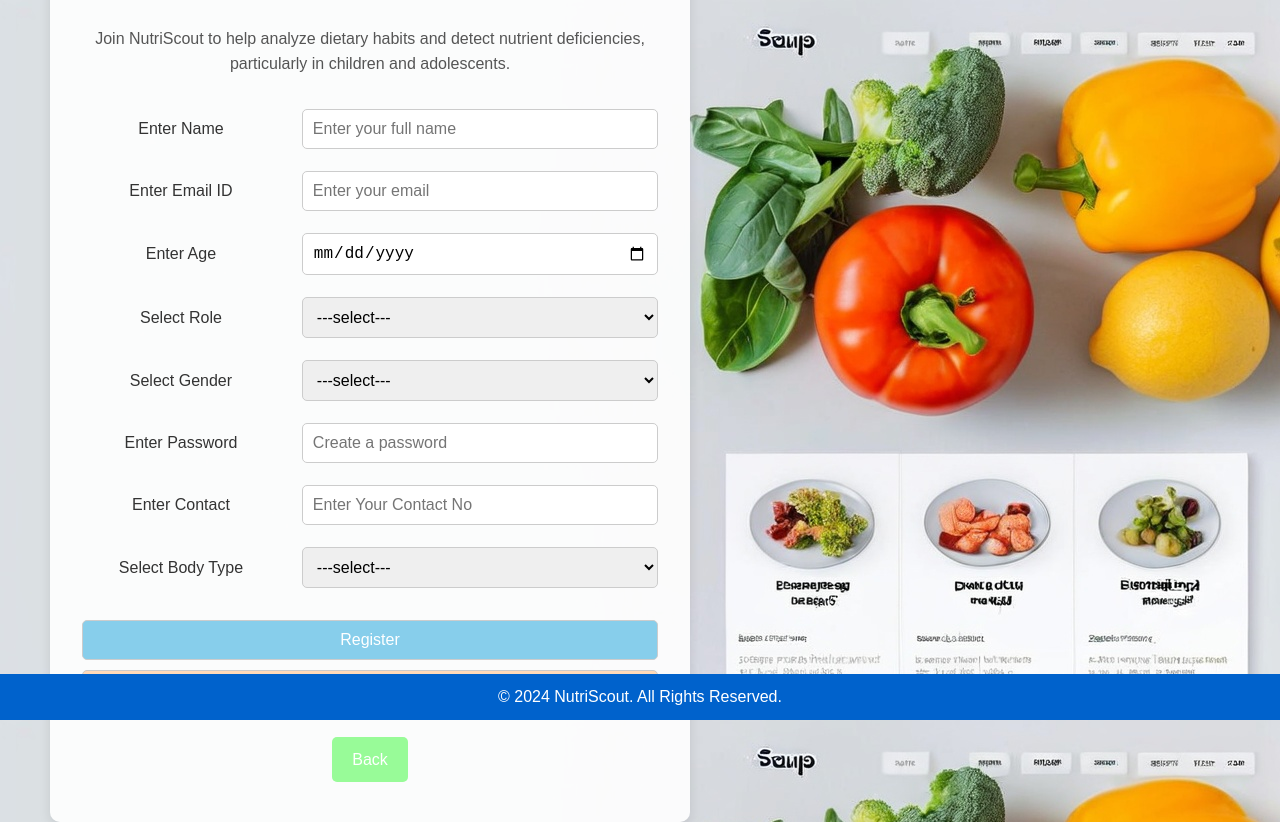
Repository: chaitanyasivathmika/NutrientDiet
Page: http://localhost/NutrientDiet/userreg.jsp
These files come from the project's save history. The page is drawn as it stood at one moment and after the next save; the edit follows.
The browser window is 1280 px wide. The pictures show the whole page.
The page is served by Tomcat 10. Other server files are loaded and not shown.

Above is the page before, as saved 2024-11-17 04:53:26.

### NutrientDiet/src/main/webapp/userreg.jsp
<%@ page language="java" contentType="text/html; charset=UTF-8"
    pageEncoding="UTF-8"%>
<!DOCTYPE html>
<html lang="en">
<head>
    <meta charset="UTF-8">
    <meta name="viewport" content="width=device-width, initial-scale=1.0">
    <title>Sign Up - NutriScout</title>
    <style>
        body {
            font-family: 'Arial', sans-serif;
            background-image: url('images/signup.png'); /* Replace with your image path */
            background-size: cover;
            color: #333;
            line-height: 1.6;
            display: flex;
            justify-content: flex-start;
            align-items: center;
            height: 100vh;
            margin: 0;
        }

        main {
            padding: 40px 20px;
            max-width: 600px;
            margin-left: 50px;
            background-color: rgba(255, 255, 255, 0.9);
            box-shadow: 0 4px 12px rgba(0, 0, 0, 0.1);
            border-radius: 10px;
            text-align: center;
        }

        .signup-form h2 {
            font-size: 28px;
            color: #0062cc;
            margin-bottom: 20px;
        }

        .signup-form p {
            font-size: 16px;
            margin-bottom: 20px;
            color: #555;
        }

        .signup-form form {
            display: flex;
            flex-direction: column;
            gap: 15px;
        }

        .signup-form label {
            font-size: 16px;
            text-align: left;
            color: #333;
        }

        .signup-form input, .signup-form select {
            padding: 10px;
            font-size: 16px;
            border: 1px solid #ccc;
            border-radius: 5px;
            width: 100%;
            box-sizing: border-box;
        }

        .signup-form input:focus, .signup-form select:focus {
            outline: none;
            border-color: #007bff;
        }

        table {
            width: 100%;
        }

        table td {
            padding: 10px;
        }

        .submit-btn {
            background-color: #87CEEB;
            color: #fff;
            padding: 12px 20px;
            border: none;
            border-radius: 5px;
            cursor: pointer;
            font-size: 18px;
            margin-top: 10px;
            transition: background-color 0.3s ease;
        }

        .submit-btn:hover {
            background-color: #5ba4cf;
        }

        .clear-btn {
            background-color: #FFDAB9;
            color: #333;
            padding: 12px 20px;
            border: none;
            border-radius: 5px;
            cursor: pointer;
            font-size: 18px;
            margin-top: 10px;
            transition: background-color 0.3s ease;
        }

        .clear-btn:hover {
            background-color: #fbb98e;
        }

        .back-btn {
            display: inline-block;
            background-color: #98FB98;
            color: white;
            padding: 10px 20px;
            border: none;
            border-radius: 5px;
            cursor: pointer;
            font-size: 16px;
            margin-top: 15px;
            text-decoration: none;
        }

        footer {
            text-align: center;
            padding: 10px 0;
            background-color: #0062cc;
            color: white;
            position: fixed;
            bottom: 0;
            width: 100%;
        }
    </style>
</head>
<body>
    <main>
        <section class="signup-form">
            <h2>Sign Up</h2>
            <p>Join NutriScout to help analyze dietary habits and detect nutrient deficiencies, particularly in children and adolescents.</p>

            <form method="post" action="insertuser">
                <table>
                    <tr>
                        <td><label for="uname">Enter Name</label></td>
                        <td><input type="text" id="uname" name="uname" required placeholder="Enter your full name"/></td>
                    </tr>
                    <tr>
                        <td><label for="uemail">Enter Email ID</label></td>
                        <td><input type="email" id="uemail" name="uemail" required placeholder="Enter your email"/></td>
                    </tr>
                    <tr>
                        <td><label for="uage">Enter Age</label></td>
                        <td><input type="date" id="uage" name="uage" required placeholder="Enter your age"/></td>
                    </tr>
                    <tr>
                        <td><label>Select Role</label></td>
                        <td>
                            <select id="urole" name="urole" required>
                                <option value="">---select---</option>
                                <option value="child">Child</option>
                                <option value="teenager">Teenager</option>
                                <option value="youth">Youth</option>
                                <option value="aged">Aged</option>
                            </select>
                        </td>
                    </tr>
                    <tr>
                        <td><label>Select Gender</label></td>
                        <td>
                            <select id="ugender" name="ugender" required>
                                <option value="">---select---</option>
                                <option value="MALE">Male</option>
                                <option value="FEMALE">Female</option>
                                <option value="OTHERS">Others</option>
                            </select>
                        </td>
                    </tr>
                    <tr>
                        <td><label for="upassword">Enter Password</label></td>
                        <td><input type="password" id="upassword" name="upassword" required placeholder="Create a password"/></td>
                    </tr>
                    <tr>
                        <td><label for="ucontact">Enter Contact</label></td>
                        <td><input type="number" id="ucontact" name="ucontact" required placeholder="Enter Your Contact No"/></td>
                    </tr>
                    <tr>
                        <td><label>Select Body Type</label></td>
                        <td>
                            <select id="ubodytype" name="ubodytype" required>
                                <option value="">---select---</option>
                                <option value="Girl_Athletics">Girl Athletics</option>
                                <option value="Girl_HourGlass">Girl HourGlass</option>
                                <option value="M_Ectomorph">M Ectomorph</option>
                                <!-- Add more options as needed -->
                            </select>
                        </td>
                    </tr>
                    <tr>
                        <td colspan="2" class="button-container">
                            <input type="submit" value="Register" class="submit-btn"/>
                            <input type="reset" value="Clear" class="clear-btn"/>
                        </td>
                    </tr>
                </table>
            </form>

            <a href="/" class="back-btn">Back</a>
        </section>
    </main>

    <footer>
        &copy; 2024 NutriScout. All Rights Reserved.
    </footer>
</body>
</html>

After the next save:
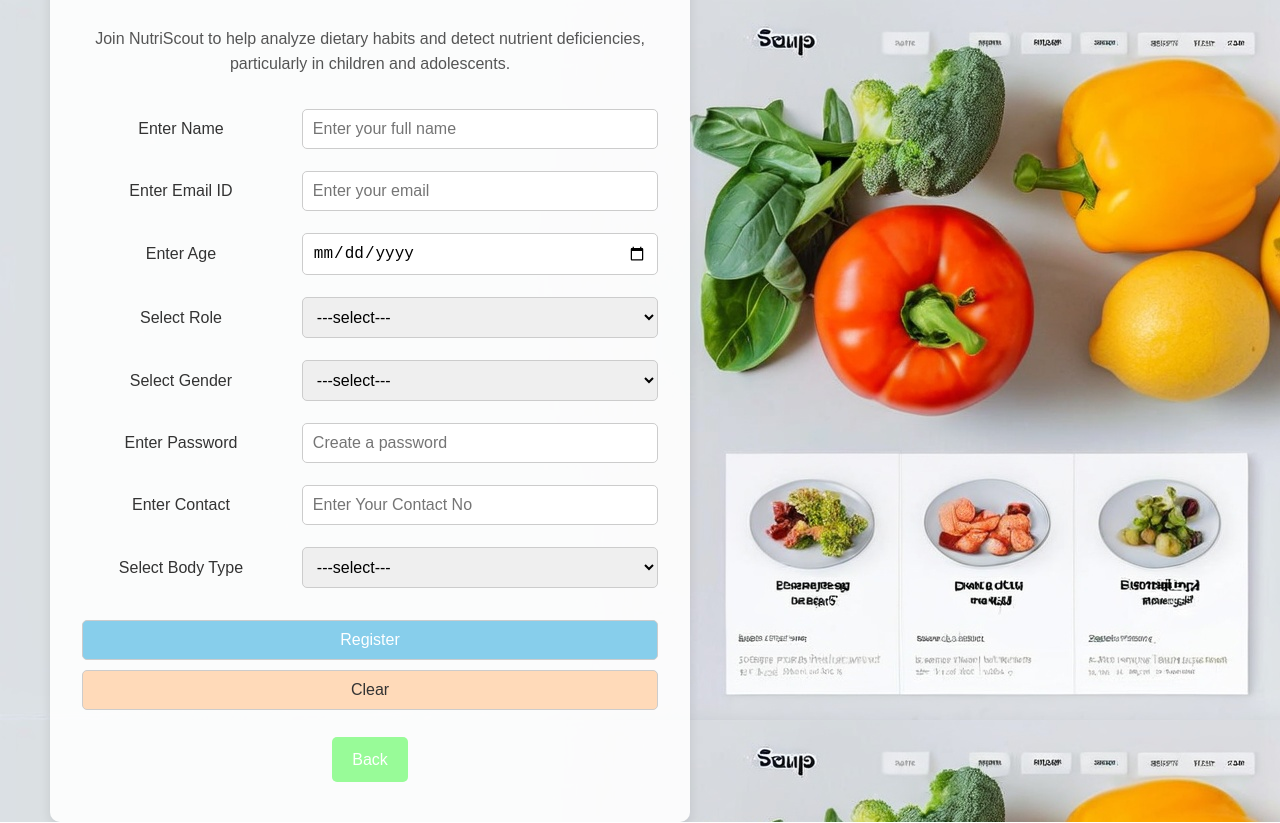
Saved 20 s later.
--- a/NutrientDiet/src/main/webapp/userreg.jsp
+++ b/NutrientDiet/src/main/webapp/userreg.jsp
@@ -208,8 +208,5 @@
         </section>
     </main>
 
-    <footer>
-        &copy; 2024 NutriScout. All Rights Reserved.
-    </footer>
 </body>
 </html>
